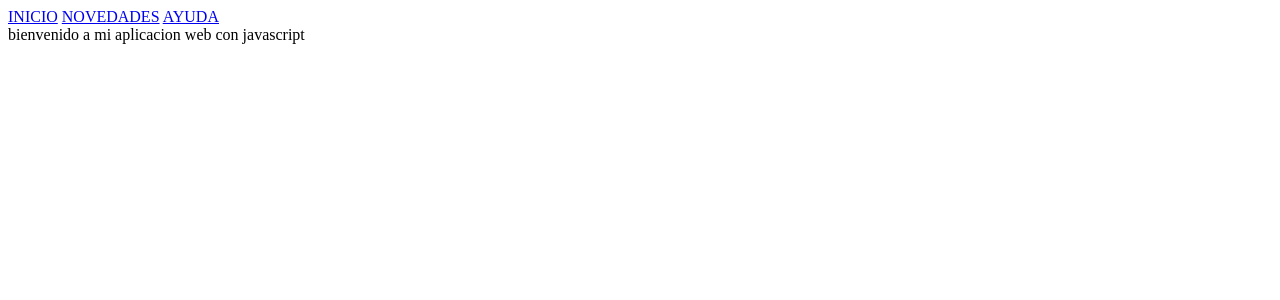
Repository: IKARDI54/cursoJEE
Page: http://localhost/javascript01/
These files come from the project's save history. The page is drawn as it stood at one moment and after the next save; the edit follows.
The browser window is 1280 px wide. The pictures show the whole page.
The page is served by Tomcat 9.

Above is the page before, as saved 2019-09-03 09:45:40.
Console error: ReferenceError: saludar is not defined

### javascript01/WebContent/index.html
<!DOCTYPE html>
<html>
<head>
<meta charset="ISO-8859-1">
<title>Insert title here</title>
</head>
<body>

	<div>
		<a id="enlaceInicio" href="#">INICIO</a> <a id="enlaceNovedades"
			href="#">NOVEDADES</a> <a id="enlaceAyuda" href="#">AYUDA</a>
	</div>
	<div id="contenedor"></div>

	<script type="text/javascript" src="jquery.js"></script>
	<script type="text/javascript" src="miscript.js"></script>

	<script type="text/javascript">
		saludar();

		//prueba de uso de jquery:
		$("#enlaceInicio").click(function() {
			alert("hola desde jquery");
		});
	</script>

</body>
</html>

### javascript01/WebContent/miscript.js
//esto es codigo javascript
//un buen sitio para poner javascript es al final de la pagina
//justo antes del cierre de body
var x = 33;
var nombre = "sonia";
var contenedor = document.getElementById("contenedor");
contenedor.innerHTML = "bienvenido a mi aplicacion web con javascript";

Loaded but not shown: javascript01/WebContent/jquery.js (no copy from this time; the picture is the same without it)

After the next save:
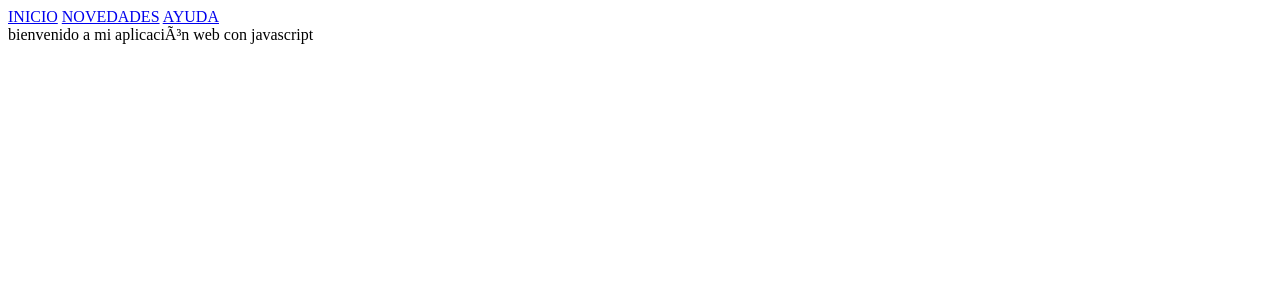
Saved 2 min 11 s later.
--- a/javascript01/WebContent/miscript.js
+++ b/javascript01/WebContent/miscript.js
@@ -4,4 +4,4 @@
 var x = 33;
 var nombre = "sonia";
 var contenedor = document.getElementById("contenedor");
-contenedor.innerHTML = "bienvenido a mi aplicacion web con javascript";
+contenedor.innerHTML = "bienvenido a mi aplicación web con javascript";

After the save that followed:
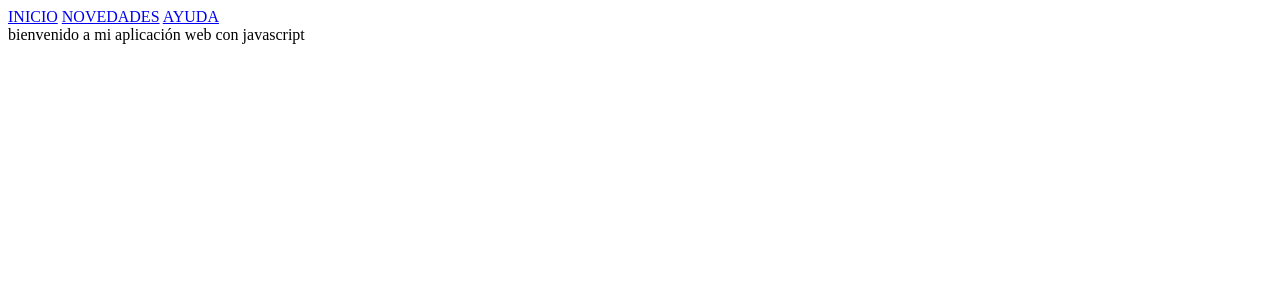
Saved 4 min 51 s later.
--- a/javascript01/WebContent/miscript.js
+++ b/javascript01/WebContent/miscript.js
@@ -4,4 +4,4 @@
 var x = 33;
 var nombre = "sonia";
 var contenedor = document.getElementById("contenedor");
-contenedor.innerHTML = "bienvenido a mi aplicación web con javascript";
+contenedor.innerHTML = "bienvenido a mi aplicaci&oacute;n web con javascript";
